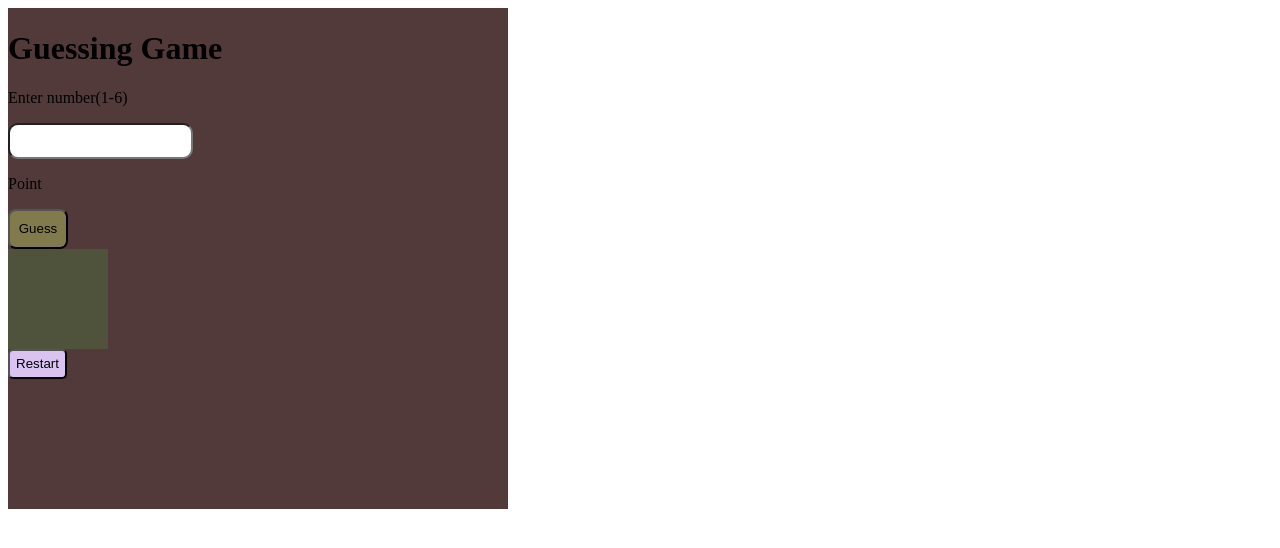
Repository: AniAntonyan/GuessingGame
Page: index.html
An editor plug-in stored every save of this project. The page is shown before and after the next save, followed by the edit.
The browser window is 1280 px wide. The pictures show the whole page.

Above is the page before, as saved 2022-02-27 17:16:45.

### index.html
<!DOCTYPE html>
<html lang="en">
<head>
    <meta charset="UTF-8">
    <meta http-equiv="X-UA-Compatible" content="IE=edge">
    <meta name="viewport" content="width=device-width, initial-scale=1.0">
    <link rel="stylesheet" href="style.css">
    <title>Document</title>
</head>
<body>
    <div class="container">
        <h1 class="Guessing">Guessing Game</h1>
        <p class="enter">Enter number(1-6)</p>
    <input id="num" type="text">
    <p class="p">Point</p>
    <button id="btn">Guess</button>
    <div class="table" id="show-text"></div>
    <button  id="restart"> Restart</button>
    </div>

    <script src="index.js"></script>
</body>
</html>

### style.css
.container{
    background-color: #523a3a;
    height: 500px;
    width: 500px;
    padding-top:1px;
}

#num{
height: 30px;
border-radius: 10px;
}

#btn{
    height: 40px;
    width: 60px;
    border-radius: 8px;
    background-color: rgb(128, 122, 76);
}

.table{
    height: 100px;
    width: 100px;
    background-color: rgb(79, 83, 59);
}

#restart{
    height: 30px;
    border-radius: 5px;
    background-color: rgb(219, 195, 241);
}

Loaded but not shown: index.js (no copy from this time; the picture is the same without it)

After the next save:
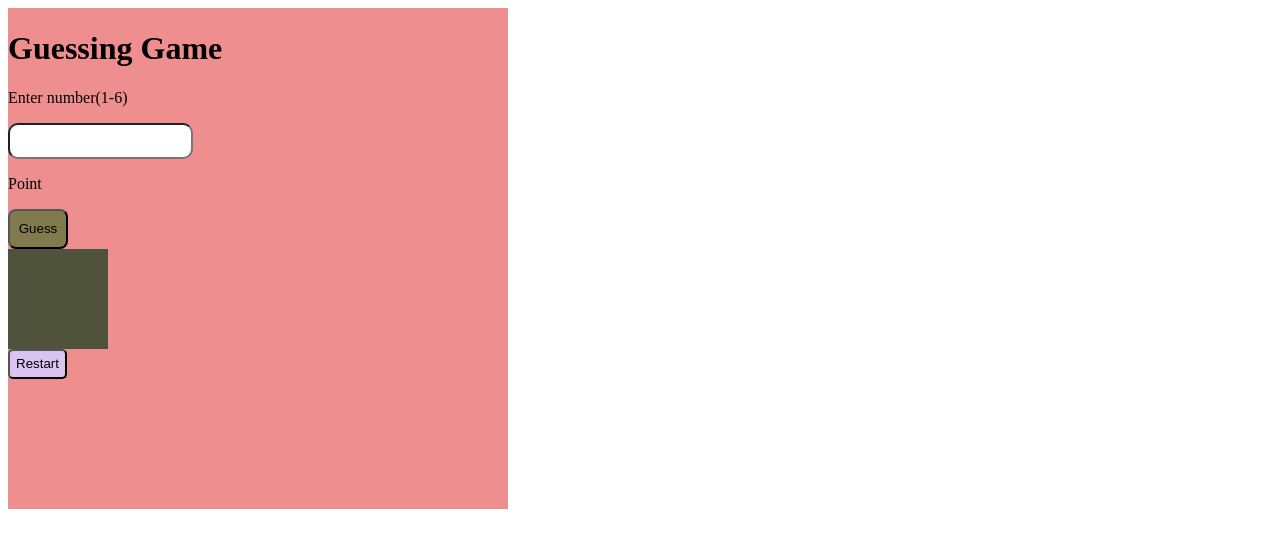
Saved 80 s later.
--- a/style.css
+++ b/style.css
@@ -1,5 +1,5 @@
 .container{
-    background-color: #523a3a;
+    background-color: #ee8e8e;
     height: 500px;
     width: 500px;
     padding-top:1px;
